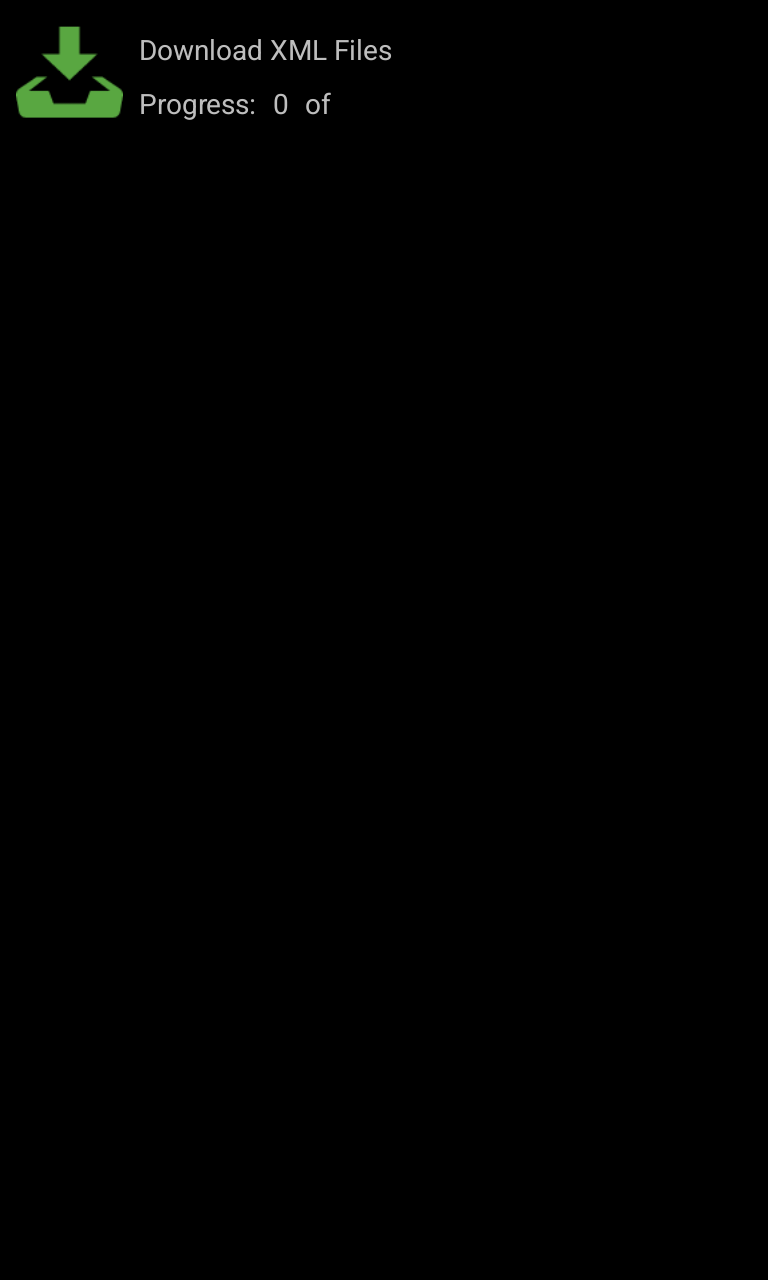
Repository: easyCZ/UoE-Projects
Layout: UG3-SELP/res/layout/download_and_parse.xml
The author's editor kept a copy of each file at every save. The layout is drawn from the files as they stood at one save, then again after the next save.
It is drawn on a 768 x 1280 px phone screen (xhdpi) without system bars, with theme android:Theme.Black.NoTitleBar; the app's code is not run.

Above is the layout before, as saved 2013-12-06 15:18:19.

### UG3-SELP/res/layout/download_and_parse.xml
<?xml version="1.0" encoding="utf-8"?>
<RelativeLayout xmlns:android="http://schemas.android.com/apk/res/android"
    android:layout_width="match_parent"
    android:layout_height="match_parent" >

    <ImageView
        android:id="@+id/imageView1"
        android:layout_width="wrap_content"
        android:layout_height="wrap_content"
        android:layout_alignParentLeft="true"
        android:layout_alignParentTop="true"
        android:padding="8dp"
        android:src="@drawable/download2" />

    <TextView
        android:id="@+id/textView1"
        android:layout_width="wrap_content"
        android:layout_height="wrap_content"
        android:layout_alignParentTop="true"
        android:layout_marginTop="15dp"
        android:layout_toRightOf="@+id/imageView1"
        android:text="Download XML Files" />

    <TextView
        android:paddingTop="8dp"
        android:id="@+id/textView2"
        android:layout_width="wrap_content"
        android:layout_height="wrap_content"
        android:layout_alignLeft="@+id/textView1"
        android:layout_below="@+id/textView1"
        android:text="Progress:" />

    <TextView
        android:paddingLeft="8dp"
        android:paddingRight="8dp"
        android:id="@+id/textView3"
        android:layout_width="wrap_content"
        android:layout_height="wrap_content"
        android:layout_alignBaseline="@+id/textView2"
        android:layout_alignBottom="@+id/textView2"
        android:layout_toRightOf="@+id/textView2"
        android:text="0" />

    <TextView
        android:id="@+id/textView4"
        android:layout_width="wrap_content"
        android:layout_height="wrap_content"
        android:layout_alignBaseline="@+id/textView3"
        android:layout_alignBottom="@+id/textView3"
        android:layout_toRightOf="@+id/textView3"
        android:text="of" />

</RelativeLayout>

After the next save:
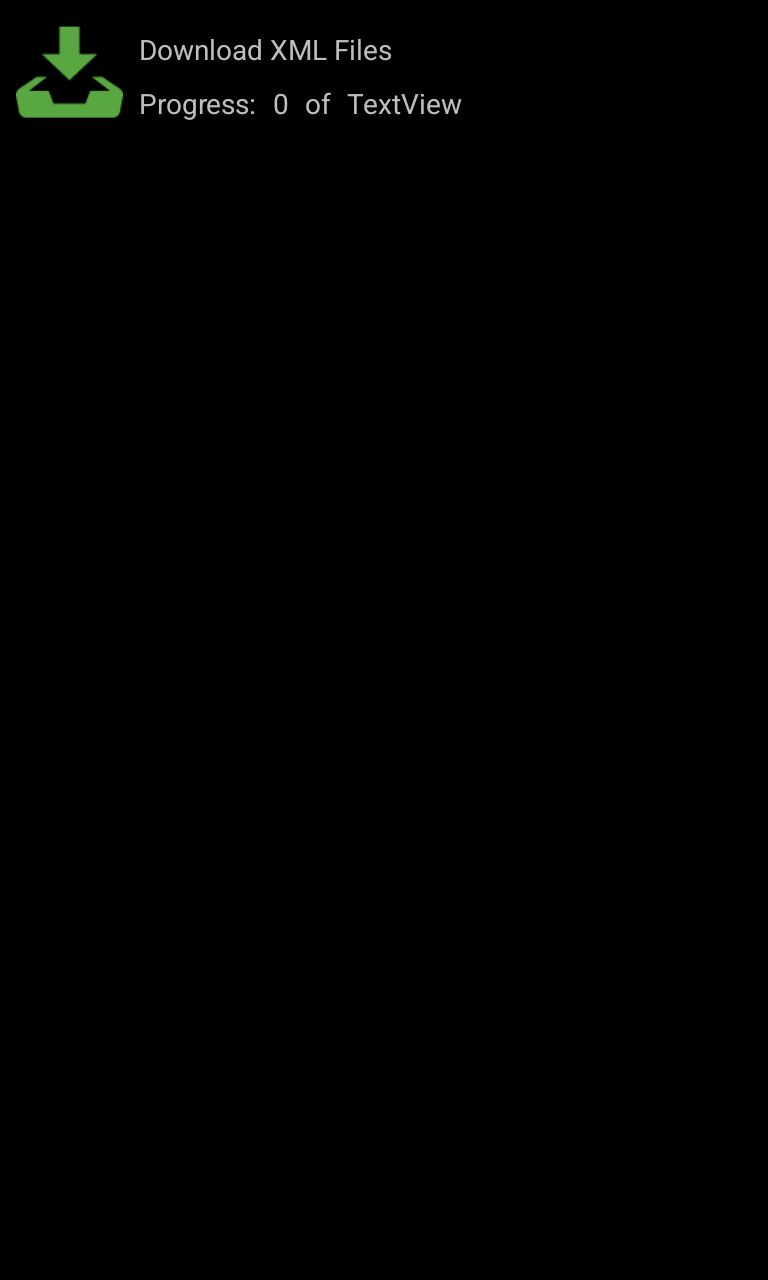
Saved 14 s later.
--- a/UG3-SELP/res/layout/download_and_parse.xml
+++ b/UG3-SELP/res/layout/download_and_parse.xml
@@ -42,6 +42,7 @@
         android:text="0" />
 
     <TextView
+        android:paddingRight="8dp"
         android:id="@+id/textView4"
         android:layout_width="wrap_content"
         android:layout_height="wrap_content"
@@ -50,4 +51,13 @@
         android:layout_toRightOf="@+id/textView3"
         android:text="of" />
 
+    <TextView
+        android:id="@+id/textView5"
+        android:layout_width="wrap_content"
+        android:layout_height="wrap_content"
+        android:layout_alignBaseline="@+id/textView4"
+        android:layout_alignBottom="@+id/textView4"
+        android:layout_toRightOf="@+id/textView4"
+        android:text="TextView" />
+
 </RelativeLayout>
